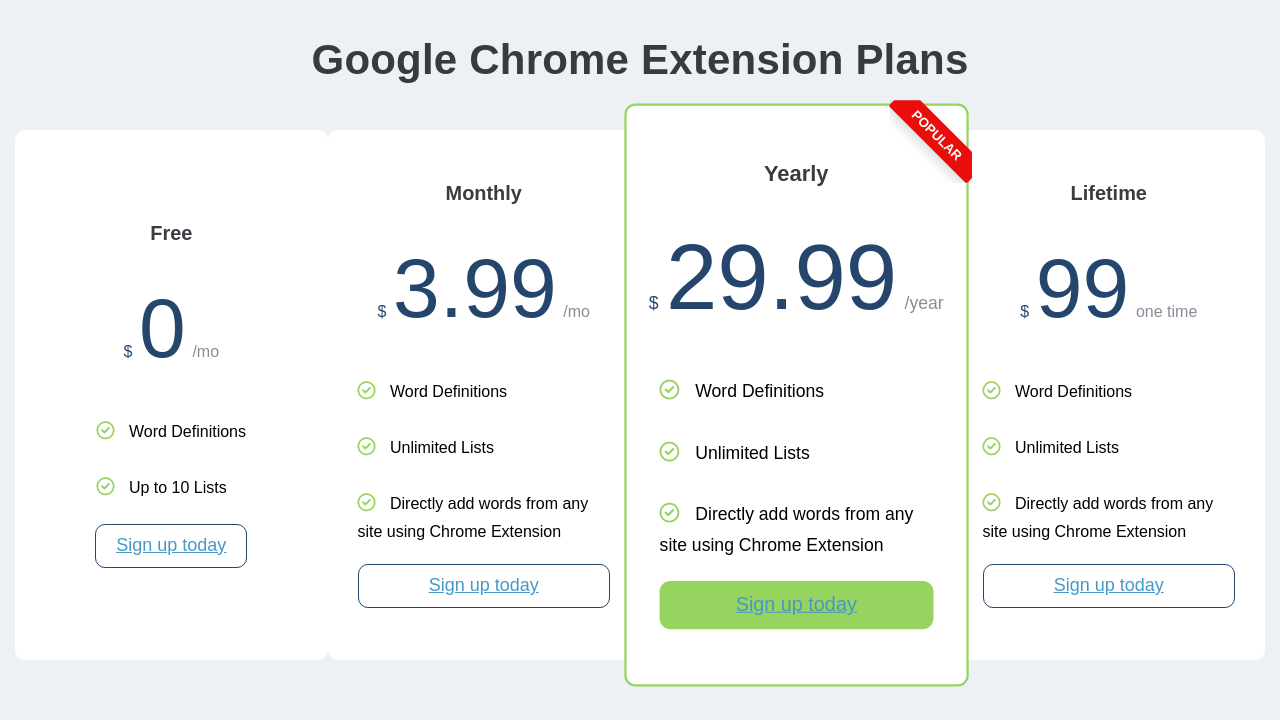
Repository: Novoselets28/chatos-test-task
Page: index.html
These files come from the project's save history. The page is drawn as it stood at one moment and after the next save; the edit follows.
The browser window is 1280 px wide. The pictures show the whole page.

Above is the page before, as saved 2023-04-20 01:14:22.

### index.html
<!DOCTYPE html>
<html lang="en">
<head>
    <meta charset="UTF-8">
    <meta http-equiv="X-UA-Compatible" content="IE=edge">
    <meta name="viewport" content="width=device-width, initial-scale=1.0">
    <link rel="stylesheet" type="text/css" href="index.css" />
    <link rel="stylesheet" href="https://cdnjs.cloudflare.com/ajax/libs/font-awesome/6.0.0/css/all.min.css">
    <link rel="preconnect" href="https://fonts.googleapis.com">
    <link rel="preconnect" href="https://fonts.gstatic.com" crossorigin>
    <link href="https://fonts.googleapis.com/css2?family=Arimo:wght@400;700&family=Rubik&display=swap" rel="stylesheet">
    <title>Document</title>
</head>
<body>
    <div class="page__extension extension">
        <div class="extension__container _container">
            <div class="extension__header header-block">
                <h2 class="header-block__title">Google Chrome Extension Plans</h2>
            </div>
            <div class="extension__items">
                <!-- Modern pricing table - Free -->
                <div class="extension__item item-extension">
                    <h5 class="item-extension__title">Free</h5>
                    <div class="item-extension__price price-item">
                        <span class="price-item__dollar">$</span>
                        <span class="price-item__number">0</span>
                        <span class="price-item__label">/mo</span>
                    </div>
                    <div class="item-extension__points">
                        <ul class="item-extension__point point-list">
                            <li class="point-list__item">
                                <i class="icon fa-regular fa-circle-check" style="color: #96d35f;"></i>
                                Word Definitions
                            </li>
                            <li class="point-list__item">
                                <i class="icon fa-regular fa-circle-check" style="color: #96d35f;"></i>
                                Up to 10 Lists
                            </li>
                        </ul>
                        <a href="https://boostvocab.com/register" class="item-extension__button">Sign up today</a>
                    </div>

                </div>
                <!-- END : Modern pricing table - Free -->
                <!-- Modern pricing table - MOnthly -->
                <div class="extension__item item-extension">
                    <h5 class="item-extension__title">Monthly</h5>
                    <div class="item-extension__price price-item">
                        <span class="price-item__dollar">$</span>
                        <span class="price-item__number">3.99</span>
                        <span class="price-item__label">/mo</span>
                    </div>
                    <div class="item-extension__points">
                        <ul class="item-extension__point point-list">
                            <li class="point-list__item">
                                <i class="icon fa-regular fa-circle-check" style="color: #96d35f;"></i>
                                Word Definitions
                            </li>
                            <li class="point-list__item">
                                <i class="icon fa-regular fa-circle-check" style="color: #96d35f;"></i>
                                Unlimited Lists
                            </li>
                            <li class="point-list__item">
                                <i class="icon fa-regular fa-circle-check" style="color: #96d35f;"></i>
                                Directly add words from any site using Chrome Extension
                            </li>
                        </ul>
                        <a target="new" href="https://buy.stripe.com/5kAdRpbLh3k71RS6oo" class="item-extension__button">Sign up today</a>
                    </div>
                </div>
                <!-- END : Modern pricing table - Monthly -->
                <!-- Modern pricing table - Yearly -->
                <div class="extension__item item-extension item-extension_active">
                    <div class="ribbon"><span>POPULAR</span></div>
                    <h5 class="item-extension__title">Yearly</h5>
                    <div class="item-extension__price price-item">
                        <span class="price-item__dollar">$</span>
                        <span class="price-item__number">29.99</span>
                        <span class="price-item__label">/year</span>
                    </div>
                    <div class="item-extension__points">
                       <ul class="item-extension__point point-list">
                            <li class="point-list__item">
                                <i class="icon fa-regular fa-circle-check" style="color: #96d35f;"></i>
                                Word Definitions
                            </li>
                            <li class="point-list__item">
                                <i class="icon fa-regular fa-circle-check" style="color: #96d35f;"></i>
                                Unlimited Lists
                            </li>
                            <li class="point-list__item">
                                <i class="icon fa-regular fa-circle-check" style="color: #96d35f;"></i>
                                Directly add words from any site using Chrome Extension
                            </li>
                        </ul>
                        <a target="new" href="https://buy.stripe.com/aEU6oX3eL6wjdAA7st" class="item-extension__button">Sign up today</a>
                    </div>
                </div>
                <!-- END : Modern pricing table - Yearly -->
                <!-- Modern pricing table - Lifetime -->
                <div class="extension__item item-extension">
                    <h5 class="item-extension__title">Lifetime</h5>
                    <div class="item-extension__price price-item">
                        <span class="price-item__dollar">$</span>
                        <span class="price-item__number">99</span>
                        <span class="price-item__label">one time</span>
                    </div>
                    <div class="item-extension__points">
                        <ul class="item-extension__point point-list">
                            <li class="point-list__item">
                                <i class="icon fa-regular fa-circle-check" style="color: #96d35f;"></i>
                                Word Definitions
                            </li>
                            <li class="point-list__item">
                                <i class="icon fa-regular fa-circle-check" style="color: #96d35f;"></i>
                                Unlimited Lists
                            </li>
                            <li class="point-list__item">
                                <i class="icon fa-regular fa-circle-check" style="color: #96d35f;"></i>
                                Directly add words from any site using Chrome Extension
                            </li>
                        </ul>
                        <a target="new" href="https://buy.stripe.com/4gwfZxbLh8Er54428a" class="item-extension__button">Sign up today</a>
                    </div>
                </div>
            </div>
            <!-- END : Modern pricing table - Lifetime -->
        </div>
    </div>
</body>
</html>

### index.css
*{
    margin: 0;
    padding: 0;
    box-sizing: border-box;
}

.extension__container{
    background-color: #edf0f5;
}

._container{
    max-width: 1440px;
    height: 100vh;
    padding: 0 0.9375rem;
    margin: 0 auto;
    box-sizing: content-box;
    font-family: 'Arimo', sans-serif;
}

@media (max-width: 1024px){
    ._container{
        width: 100%;
        height: auto;
    }
}

@media (max-width: 768px){
    ._container{
        width: 100%;
        height: auto;
    }
}

@media (max-width: 425px){
    ._container{
        width: 100%;
        height: auto;
    }
}

@media (max-width: 375px){
    ._container{
        width: 100%;
        height: auto;
    }
}

.extension__header{
    margin: 0 0 2.5rem 0;
    padding: 1.875rem 0 0;
}

.header-block{
    text-align: center;
}

.header-block__title{
    font-size: 2.625rem;
    letter-spacing: 0.2px;
    font-weight: 700;
    line-height: 142%;
    color: #363b3f;
}

@media (max-width: 425px){
    .header-block__title{
        font-size: 1.625rem;
    }
}

.extension__items{
    display: flex;
    align-items: stretch;
    justify-content: center;
    font-family: inherit;
    font-size: 1.5rem;
}

@media (max-width: 1024px){
    .extension__items{
        display: flex;
        flex-wrap: wrap;

    }
}

@media (max-width: 768px){
    .extension__items{
        display: flex;
        flex-wrap: wrap;
        width: 100%;
    }
}

@media (max-width: 425px){
    .extension__items{
        display: flex;
        justify-content: center;
        flex-wrap: wrap;
        width: 400px;
    }
}

@media (max-width: 375px){
    .extension__items{
        display: flex;
        justify-content: center;
        flex-wrap: wrap;
        width: 350px;
    }
}

.extension__item{
    flex: 0 1 25%;
}


.item-extension{
    display: flex;
    flex-direction: column;
    justify-content: center;
    align-items: center;
    background-color: #fff;
    padding: 1.875rem 0;
    border-radius: 0.625rem;
}

@media (max-width: 1024px){
    .extension__item{
        flex: 0 1 40%;
        margin: 15px;
    }
}

@media (max-width: 768px){
    .extension__item{
        flex: 0 1 60%;
        margin: 15px;
    }
}

@media (max-width: 425px){
    .extension__item{
        flex: 0 1 80%;
        margin: 15px;
    }
}

@media (max-width: 375px){
    .extension__item{
        flex: 0 1 80%;
        margin: 15px;
    }
}

.item-extension_active{
    border: 2px solid #96d35f;
    left: 0px;
    position: relative;
    top: 0px;
    padding: 3.125rem 0;
    transform: scale(1.1);
    z-index: 1;
}

.item-extension_active .item-extension__button{
    background-color: #96d35f;
    border: none;
}

.ribbon {
    width: 4.6875rem;
    height: 4.6875rem;
    position: absolute;
    top: -0.3125rem;
    right: -0.3125rem;
    overflow: hidden;
}

.ribbon span {
    position: absolute;
    font-family: 'Arimo', sans-serif;
    font-weight: bold;
    top: 1.25rem;
    right: -1.125rem;
    transform: rotate(45deg);
    width: 6.25rem;
    background: #eb0c0c;
    padding: 5px 0;
    color: #fff;
    text-align: center;
    font-size: 0.75rem;
    box-shadow: 0 0.3125rem 0.625rem rgba(0,0,0,0.12);
}

.item-extension__title{
    color: #373d42;
    margin: 0 0 2.1875rem;
}

.item-extension__price{
    color: #24466c;
}

.price-item{
    margin: 0 0 1.5625rem;
    font-size: 1.5rem;
    text-align: center;
    font-family: 'Poppins', sans-serif;
    font-weight: lighter;
}

@media (max-width: 1024px){
    .price-item{
        font-size: 1rem;
    }
}

.price-item__dollar{
    font-size: 1rem;
}

.price-item__number{
    text-transform: uppercase;
    font-size: 5.25rem;
}

@media (max-width: 1024px){
    .price-item__number{
        font-size: 3.25rem;
    }
}

.price-item__label{
    color: #878d96;
    font-size: 1rem;
}

.item-extension__points{
    display: flex;
    flex-direction: column;
    justify-content: center;
    align-items: center;
    margin: 0 1.875rem;
}

@media (max-width: 1024px){
    .item-extension__points{
        margin: 0 0.875rem;
    }
}

.item-extension__point{
    color: inherit;
    font-weight: 400;
    line-height: 150%;
    font-size: 1rem;
    display: flex;
    flex-direction: column;
    justify-content: space-around;
    align-items: center;
    margin: 0 0 0.625rem;
}

.point-list__item .icon{
    content: "f058";
    font-family: "Font Awesome 6 Free";
    font-size: 1.125rem;
    line-height: 2;
    padding: 0 0.625rem 0 0;
}

.point-list__item{
    list-style-type: none;
    width: 100%;
    padding: 0.625rem 0;
}

@media (max-width: 1024px){
    .point-list__item{
        padding: 0.125rem 0;
    }
}

.item-extension__button{
    border: 1px solid #24466c;
    min-height: 2.75rem;
    display: flex;
    font-weight: 400;
    justify-content: center;
    align-items: center;
    line-height: 120%;
    padding: 0.3125rem 1.25rem;
    text-align: center;
    border-radius: 0.625rem;
    width: 100%;
    color: #4798c9;
    font-size: 1.125rem;
}

After the next save:
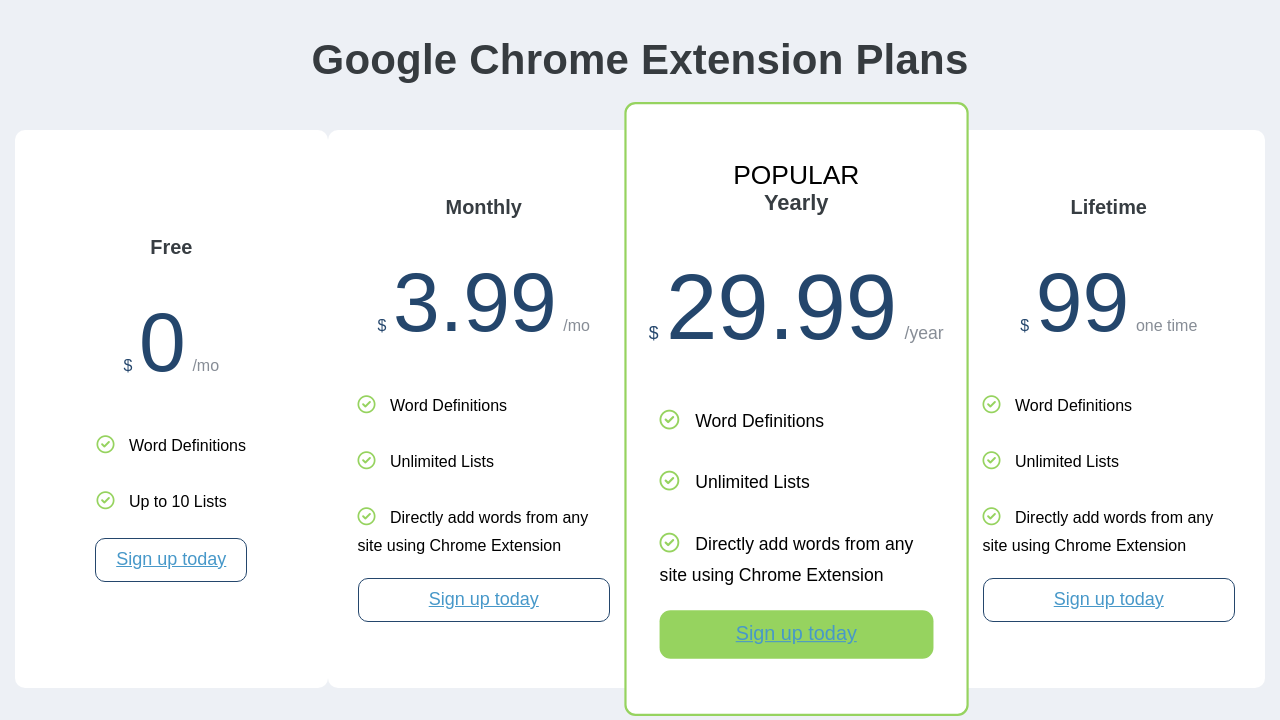
Saved 5 min 23 s later.
--- a/index.html
+++ b/index.html
@@ -71,7 +71,7 @@
                 <!-- END : Modern pricing table - Monthly -->
                 <!-- Modern pricing table - Yearly -->
                 <div class="extension__item item-extension item-extension_active">
-                    <div class="ribbon"><span>POPULAR</span></div>
+                    <div class="item-extension__ribbon"><span>POPULAR</span></div>
                     <h5 class="item-extension__title">Yearly</h5>
                     <div class="item-extension__price price-item">
                         <span class="price-item__dollar">$</span>

After the save that followed:
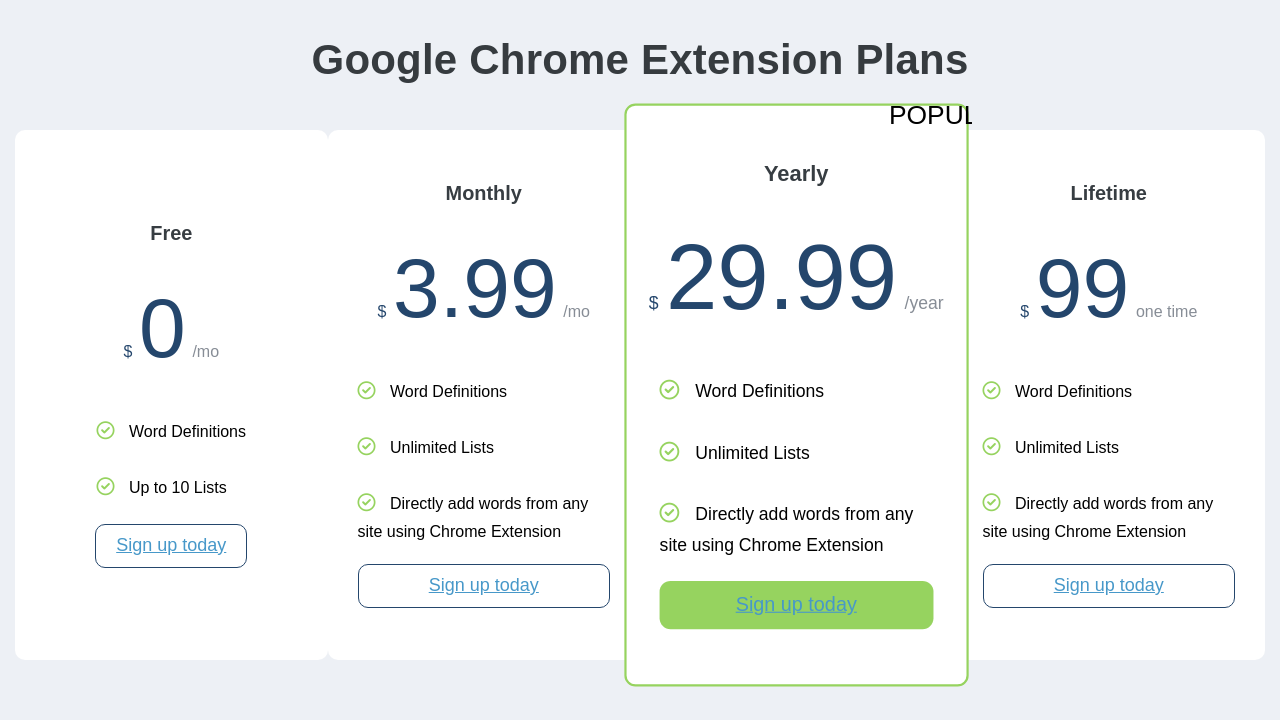
Saved 11 s later.
--- a/index.css
+++ b/index.css
@@ -168,7 +168,7 @@
     border: none;
 }
 
-.ribbon {
+.item-extension__ribbon {
     width: 4.6875rem;
     height: 4.6875rem;
     position: absolute;
